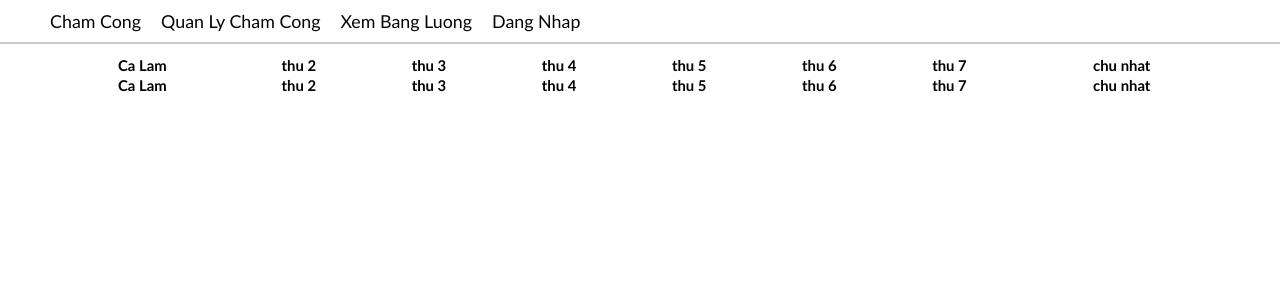
Repository: LDDUNG2003/a
Page: index.html
The author's editor kept a copy of each file at every save. The page is drawn from the files as they stood at one save, then again after the next save.
The browser window is 1280 px wide. The pictures show the whole page.

Above is the page before, as saved 2023-10-14 19:57:30.

After the next save:
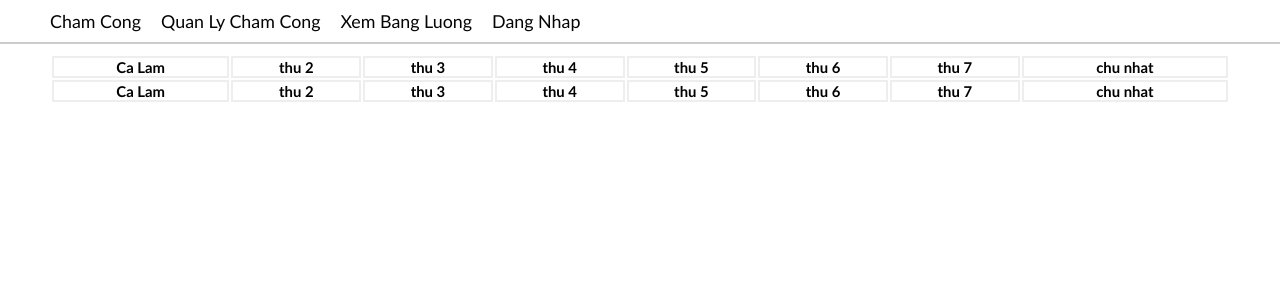
Saved 47 s later.
--- a/controlView/css/index.css
+++ b/controlView/css/index.css
@@ -12,4 +12,6 @@
 
 .table--row {}
 
-.table--item {}
+.table--item {
+    border: solid 2px #eee;
+}
